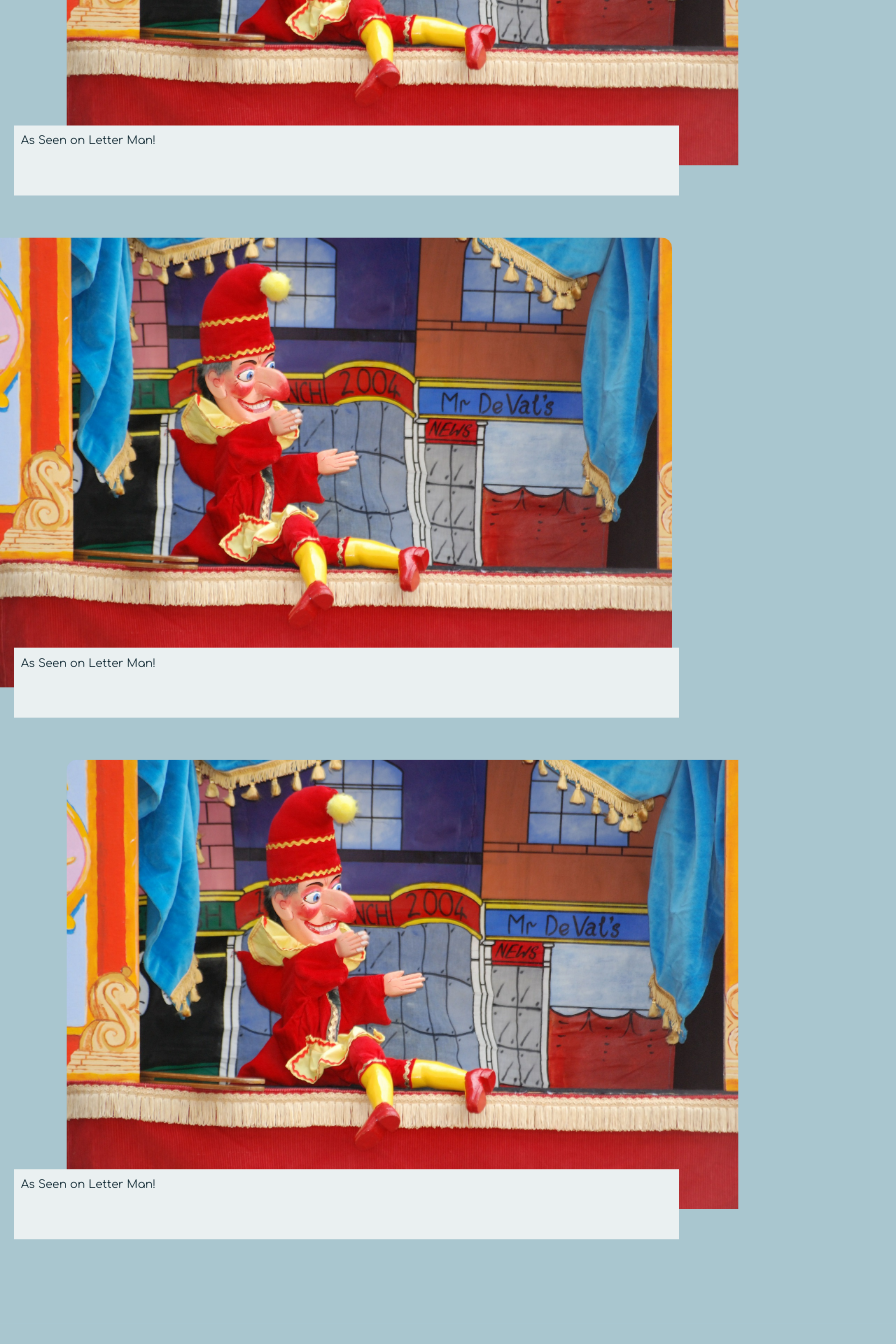
Repository: Sbethm/wink
Page: index.html
An editor plug-in stored every save of this project. The page is shown before and after a run of saves, followed by the edit.
The browser window is 1280 px wide. The pictures show the part of the page from y = 3175 to 5095 px (the page is 5486 px tall), at 70% of full size.
The style sheet was rebuilt from its Sass, Less or Tailwind sources for each picture, by a compiler version that may differ from the author's.

Above is the page before, as saved 2021-08-30 15:50:13.

After the next 6 saves:
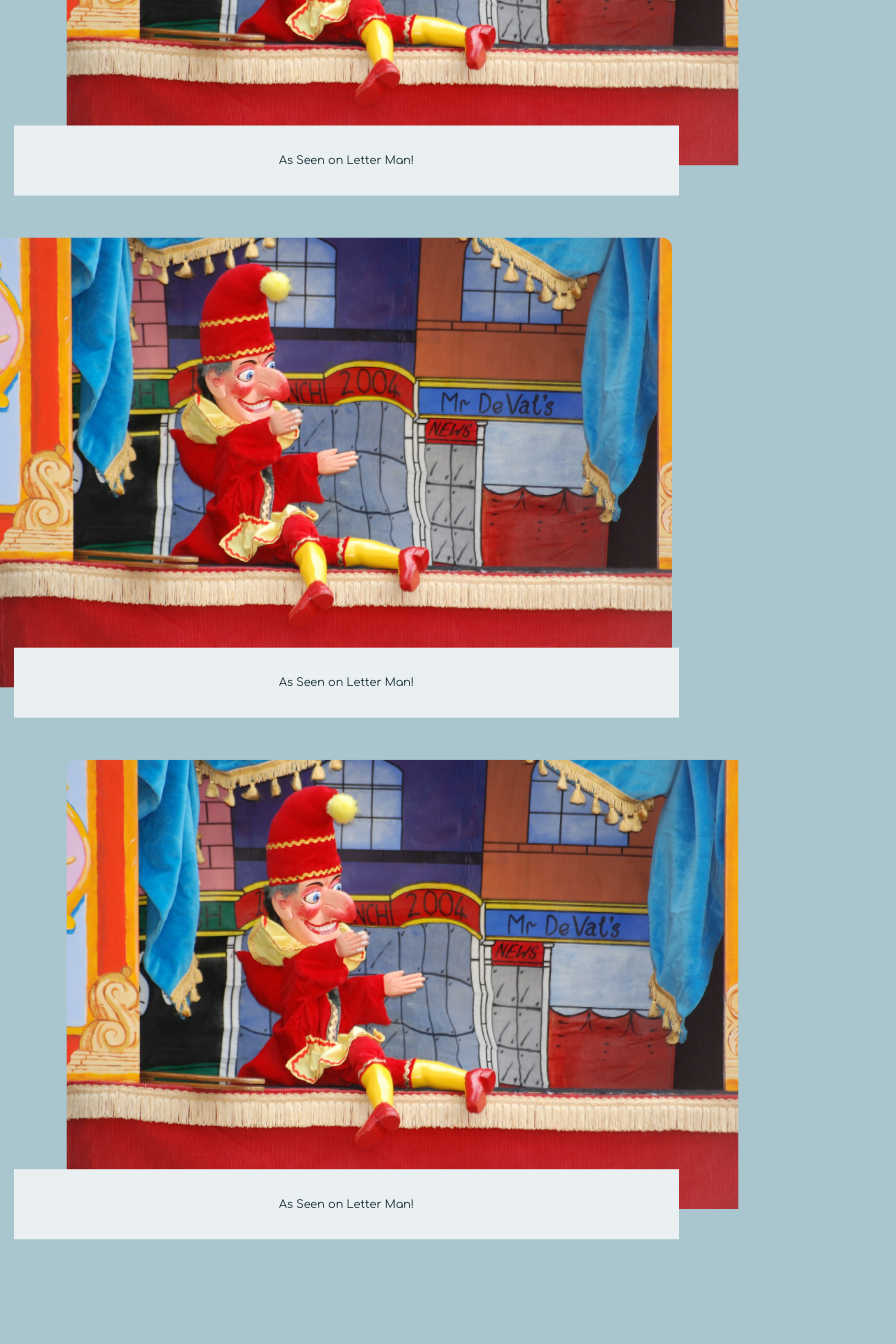
The 6 saves are shown as one change because they came seconds apart.
The last was saved 22 s later.
--- a/SCSS/main.scss
+++ b/SCSS/main.scss
@@ -194,6 +194,8 @@ header {
     top: -60px;
     z-index: 2;
     background-color: $bgColor2;
+    text-align: center;
+    line-height: 5rem;
 }
 
 //CONTACT *see references
